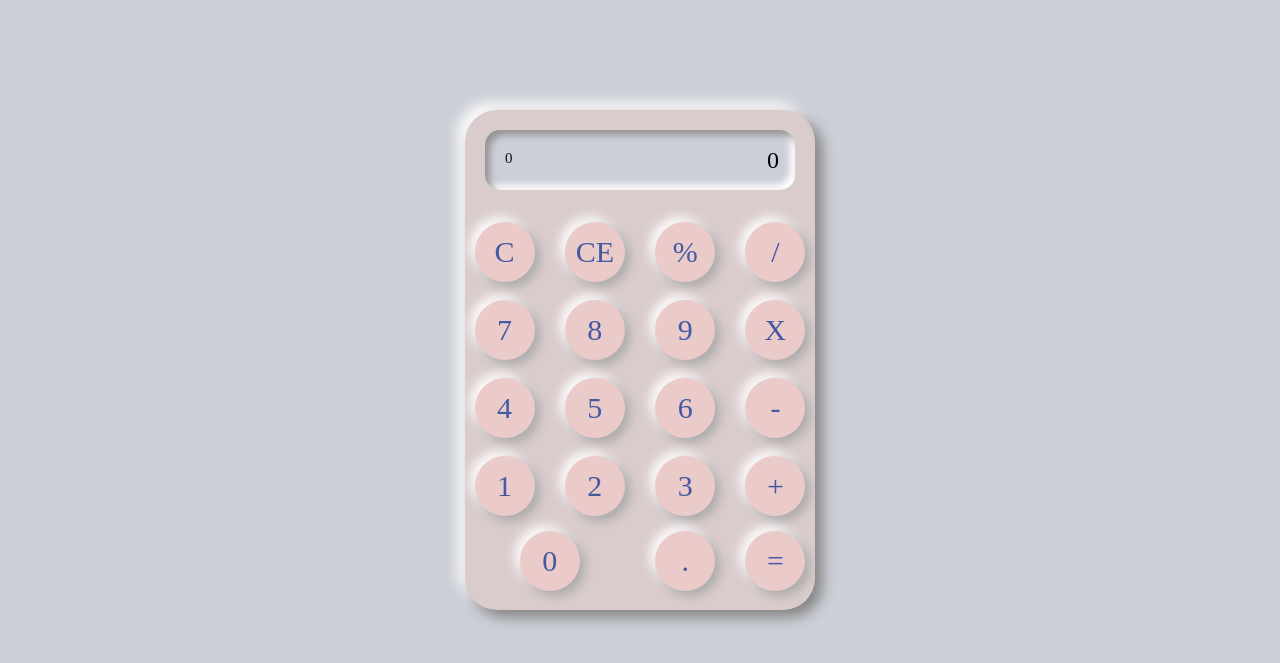
Repository: Goldmyn/Calculator
Page: index.html
An editor plug-in stored every save of this project. The page is shown before and after a run of saves, followed by the edit.
The browser window is 1280 px wide. The pictures show the whole page.

Above is the page before, as saved 2022-09-28 02:40:41.

After the next 11 saves:
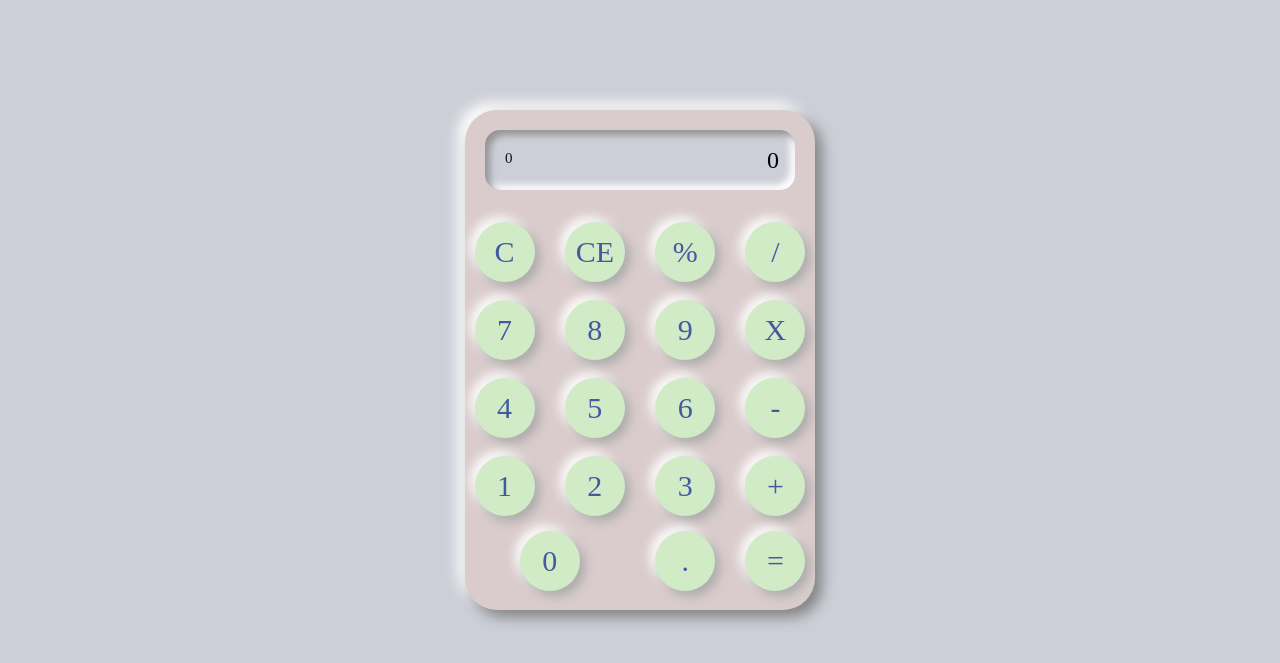
The 11 saves are shown as one change because they came seconds apart.
The last was saved 28 s later.
--- a/index.css
+++ b/index.css
@@ -81,7 +81,7 @@ section {
     font-size: 30px;
     cursor: pointer;
     border-radius: 100px;
-    background: #ebcaca;
+    background: #d1ebc7;
     box-shadow: 5px 5px 11px #aaaaaa ,  -5px -5px 11px #ffffff;
 }
 
